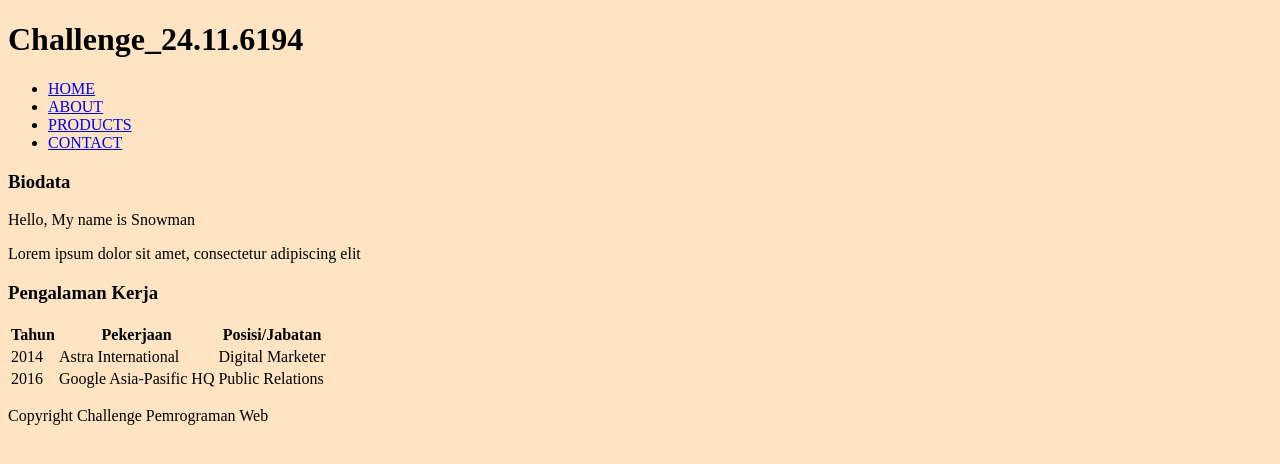
Repository: razitazhr/Pertemuan-6_24.116194
Page: Pertemuan 5/Challenge 5.html
An editor plug-in stored every save of this project. The page is shown before and after the next save, followed by the edit.
The browser window is 1280 px wide. The pictures show the whole page.

Above is the page before, as saved 2026-05-02 20:38:38.

After the next save:
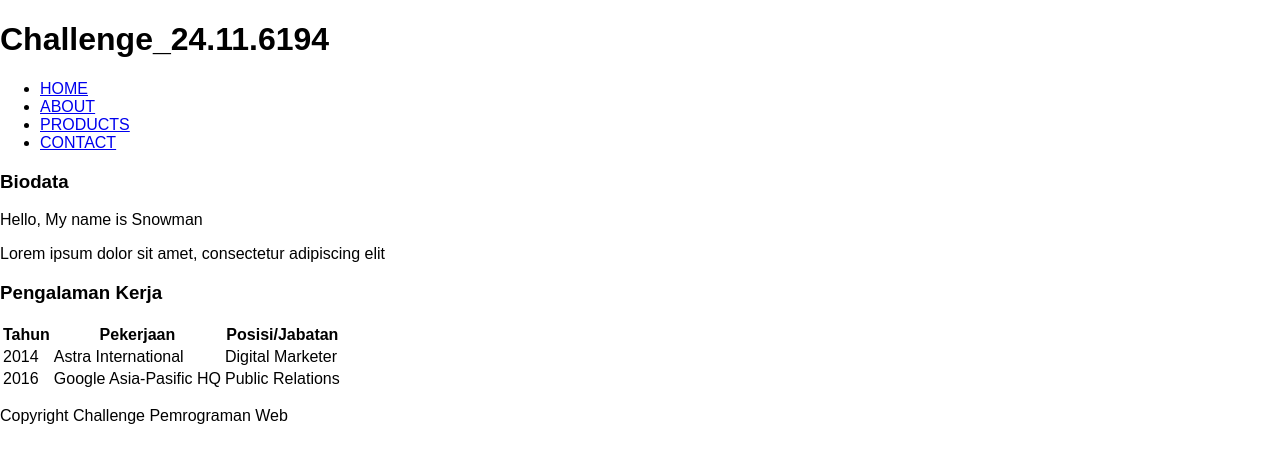
Saved 4 min 28 s later.
--- a/Pertemuan 5/Style.CSS
+++ b/Pertemuan 5/Style.CSS
@@ -1,17 +1,16 @@
 body {
-    background: bisque;
+    margin: 0;
+    font-family: Arial;
 }
 header {
-    background: lightblue;
-    padding: 10px;
-    text-align: right;
-    font-size: 20px;
-    height: 50px;
+    background: #4fa3c7;
+    padding: 40px;
+    color: white;
+    text-align: center;
 }
 nav {
-    background: lightcoral;
+    display: flex;
+    justify-content: flex-end;
+    background: gray;
     padding: 10px;
-    text-align: right;
-    font-size: 20px;
-    height: 50px;
 }
